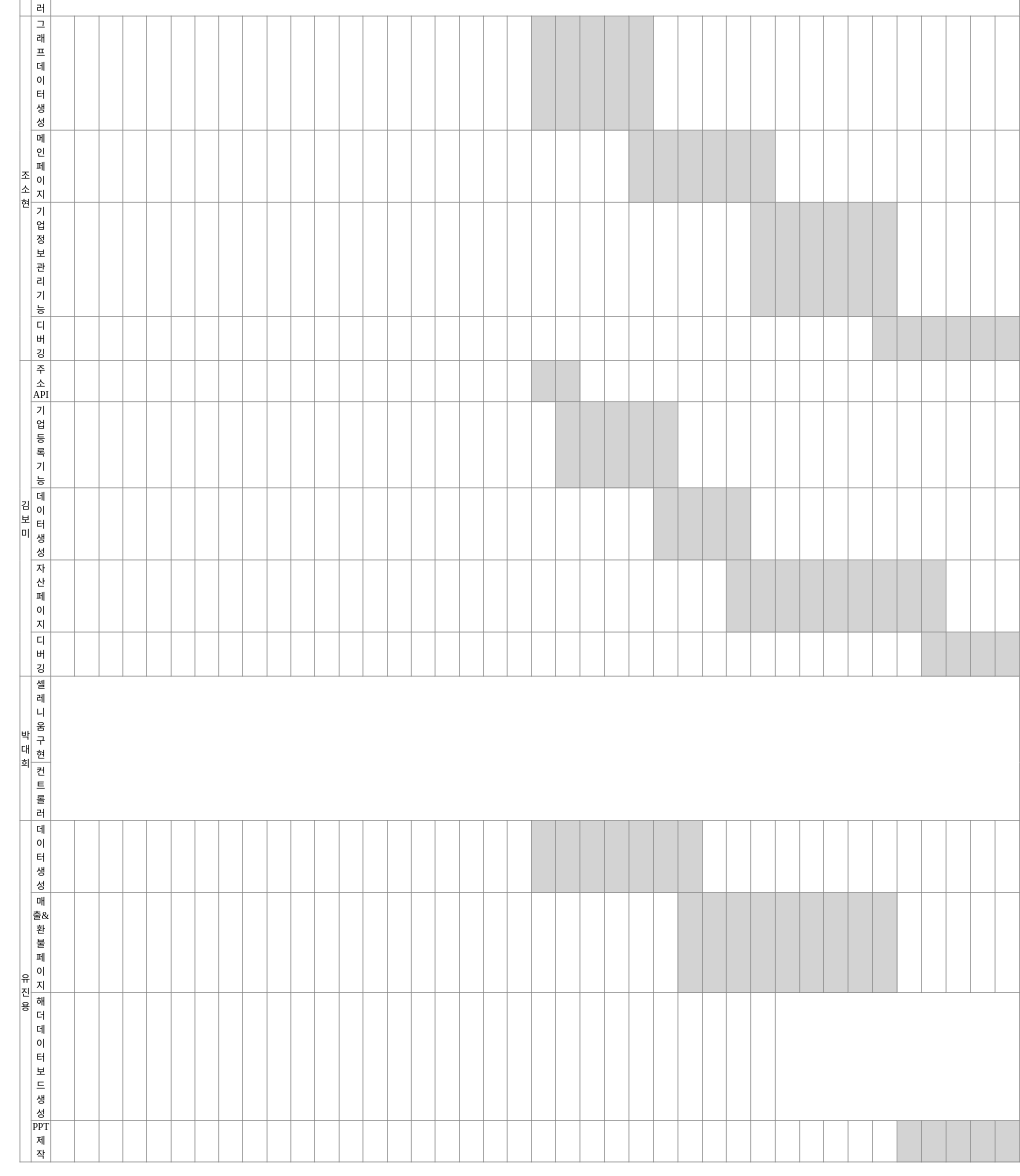
Repository: JEON-KIHO/finalProject
Page: http://localhost/ERP/WEB-INF/views/schedule.jsp
An editor plug-in stored every save of this project. The page is shown before and after the next save, followed by the edit.
The browser window is 1280 px wide. The page is 1457 px wide, so the pictures cover 1457 px, including what lies to the right of the window. The pictures show the part of the page from y = 1529 to 3209 px (the page is 3209 px tall), at 70% of full size.
The page is served by Tomcat 9. Nobody is signed in. The template is opened directly, without the code that normally fills it, so the values that code supplies are empty.

Above is the page before, as saved 2020-12-24 05:47:45.

After the next save:
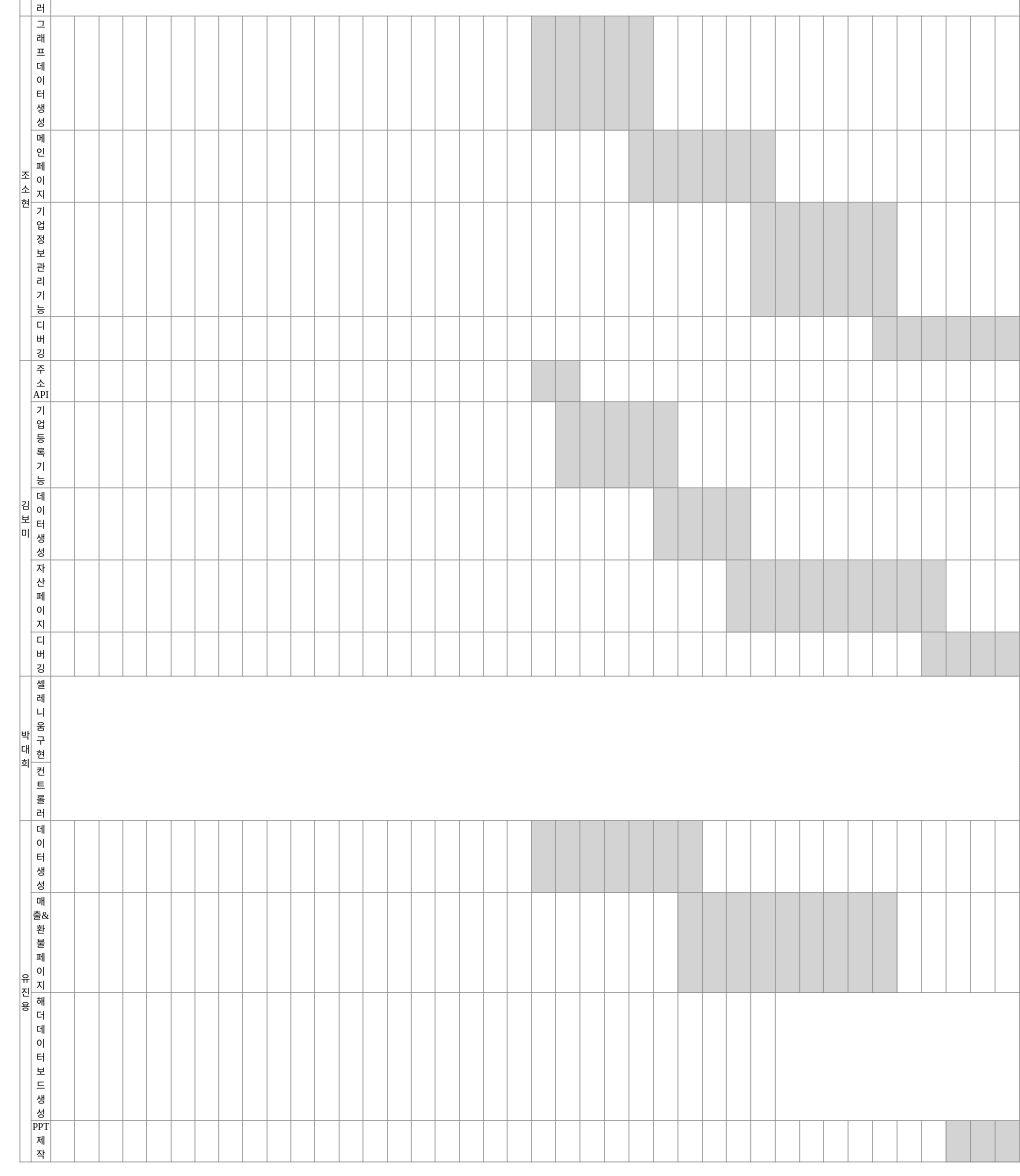
Saved 13 s later.
--- a/ERP/src/main/webapp/WEB-INF/views/schedule.jsp
+++ b/ERP/src/main/webapp/WEB-INF/views/schedule.jsp
@@ -234,7 +234,7 @@
 	<td class="white"></td><td class="white"></td><td class="white"></td><td class="white"></td><td class="white"></td>
 	<td class="white"></td><td class="white"></td><td class="white"></td><td class="white"></td><td class="white"></td>
 	<td class="white"></td><td class="white"></td><td class="white"></td><td class="white"></td><td class="white"></td>
-	<td class="black"></td><td class="black"></td><td class="black"></td><td class="black"></td><td class="black"></td></tr>
+	<td class="white"></td><td class="white"></td><td class="black"></td><td class="black"></td><td class="black"></td></tr>
 </table>
 
 
